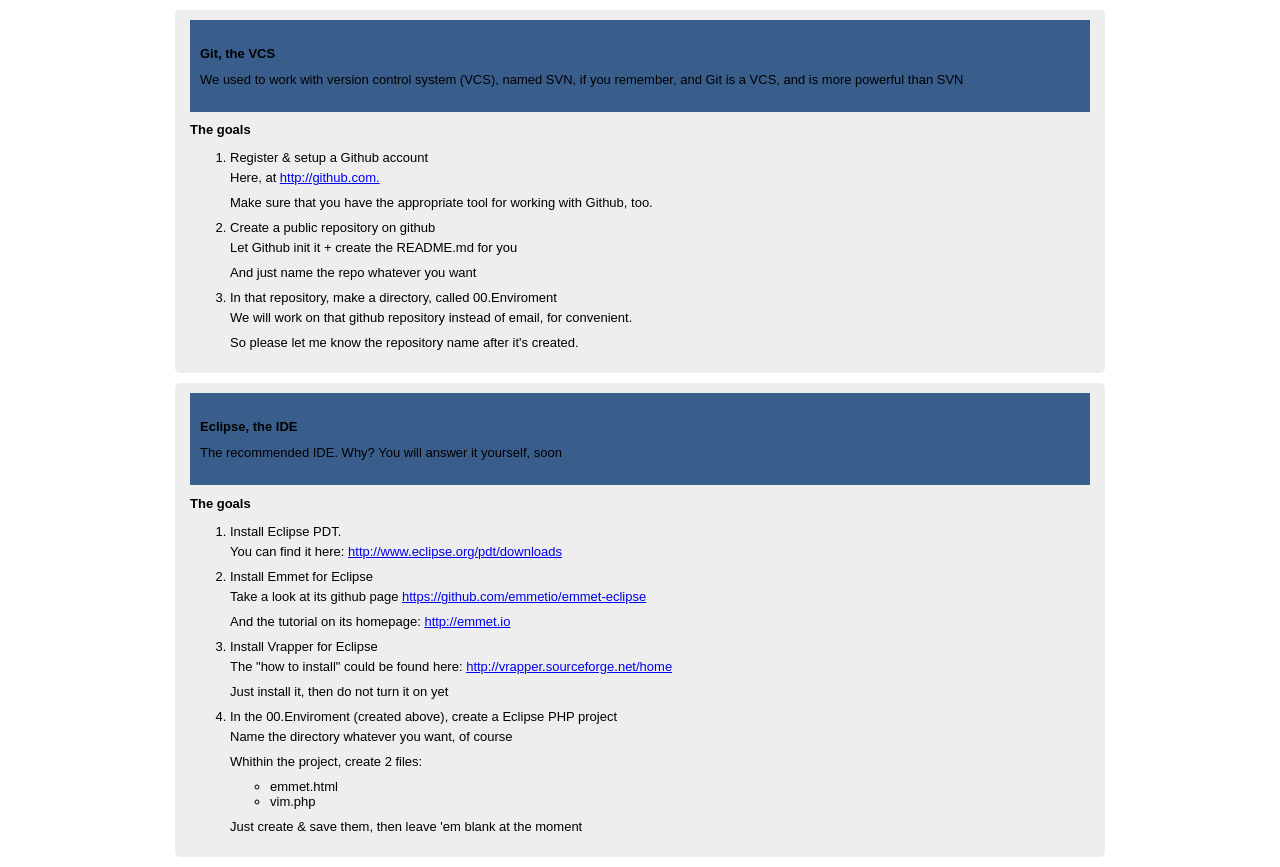
Repository: mrdo2010vn/00.enviroment
Page: 00.TestingEnviroment/emmet.html
An editor plug-in stored every save of this project. The page is shown before and after the next save, followed by the edit.
The browser window is 1280 px wide. The pictures show the whole page.

Above is the page before, as saved 2013-09-25 08:52:31.

### 00.TestingEnviroment/emmet.html
<!DOCTYPE html PUBLIC "-//W3C//DTD HTML 4.01 Transitional//EN" "http://www.w3.org/TR/html4/loose.dtd">
<html>
<head>
<meta http-equiv="Content-Type" content="text/html; charset=UTF-8">
<link rel="stylesheet" href="css/style.css" />
<title>00.Enviroment</title>
</head>
<body>
	<div class="part">
		<div class="title">
			<h2><span class="underscore">Git</span>, the VCS</h2>
			<p>We used to work with version control system (VCS), named SVN, if you remember, and Git is a VCS, and is more powerful than SVN</p>
		</div><!-- END .title -->
		<div class="content">
			<h2>The goals</h2>
			<ol>
				<li><span class="italic">Register & setup a Github account</span>
					<blockquote>
						<p>Here, at <a href="http://github.com">http://github.com.</a></p>
						<p>Make sure that you have the appropriate tool for working with Github, too.</p>
					</blockquote>
				</li>

				<li><span class="italic">Create a public repository on github</span>
					<blockquote>
						<p>Let Github init it + create the <span class="bold">README.md</span> for you</p>
						<p>And just name the repo whatever you want</p>
					</blockquote>
				</li>
				<li><span class="italic">In that repository, make a directory, called</span> <span class="bold italic">00.Enviroment</span>
					<blockquote>
						<p>We will work on that github repository instead of email, for convenient.</p>
						<p>So please let me know the repository name after it's created.</p>
					</blockquote>
				</li>
			</ol>
		</div><!-- END .content -->
	</div><!-- END .part -->

	<div class="part">
		<div class="title">
			<h2><span class="underscore">Eclipse</span>, the IDE</h2>
			<p>The recommended IDE. Why? You will answer it yourself, soon</p>
		</div><!-- END .title -->
		<div class="content">
			<h2>The goals</h2>
			<ol>
				<li><span class="italic">Install Eclipse PDT.</span>
					<blockquote>
						<p>You can find it here: <a href="http://www.eclipse.org/pdt/downloads">http://www.eclipse.org/pdt/downloads</a></p>
					</blockquote>
				</li>

				<li><span class="italic">Install Emmet for Eclipse</span>
					<blockquote>
						<p>Take a look at its github page <a href="https://github.com/emmetio/emmet-eclipse">https://github.com/emmetio/emmet-eclipse</a></p>
						<p>And the tutorial on its homepage: <a href="http://emmet.io">http://emmet.io</a></p>
					</blockquote>
				</li>
				<li><span class="italic">Install Vrapper for Eclipse</span>
					<blockquote>
						<p>The "how to install" could be found here: <a href="http://vrapper.sourceforge.net/home">http://vrapper.sourceforge.net/home</a></p>
						<p>Just install it, then <span class="bold">do not turn it on</span> yet</p>
					</blockquote>
				</li>
				<li><span class="italic">In the <span class="bold">00.Enviroment</span> (created above), create a Eclipse PHP project</span>
					<blockquote>
						<p>Name the directory whatever you want, of course</p>
						<p>Whithin the project, create 2 files:
							<ul>
								<li class="bold">emmet.html</li>
								<li class="bold">vim.php</li>
							</ul>
						</p>
						<p>Just create & save them, then leave 'em blank at the moment</p>
					</blockquote>
				</li>
			</ol>
		</div><!-- END .content -->
	</div><!-- END .part -->
</body>
</html>

### 00.TestingEnviroment/css/style.css
@CHARSET "UTF-8";

/* =============== HTML DEFAULT =============== */
html, body {
    margin: 0;
    padding: 0;
}
p, pre, blockquote{
    padding: 0;
    margin: 5px 0 10px 0;
}
html {
    font-size: 100%;
}
* {
	font-family: "Arial", sans-serif;
	font-size: 13px;
}

/* ================ PART ================ */
.part {
	width:900px;
	margin: 10px auto;
	padding: 10px 15px;
	background: #EEEEEE;
	border-radius: 5px;
}

/* ================ TITILE ================ */
.title {
	background: #3A5E8C;
	padding: 15px 10px;
}

After the next save:
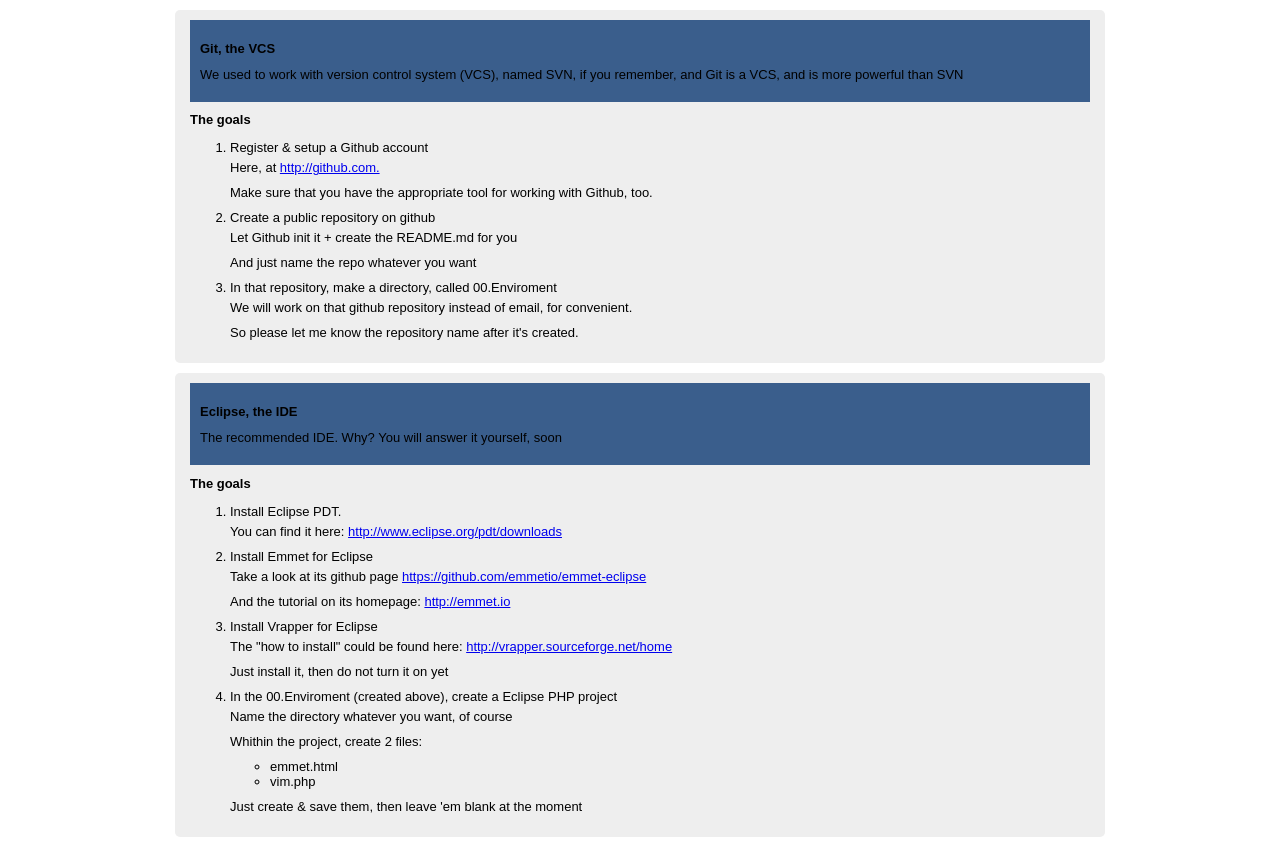
Saved 20 s later.
--- a/00.TestingEnviroment/css/style.css
+++ b/00.TestingEnviroment/css/style.css
@@ -29,5 +29,5 @@
 /* ================ TITILE ================ */
 .title {
 	background: #3A5E8C;
-	padding: 15px 10px;
+	padding: 10px;
 }
